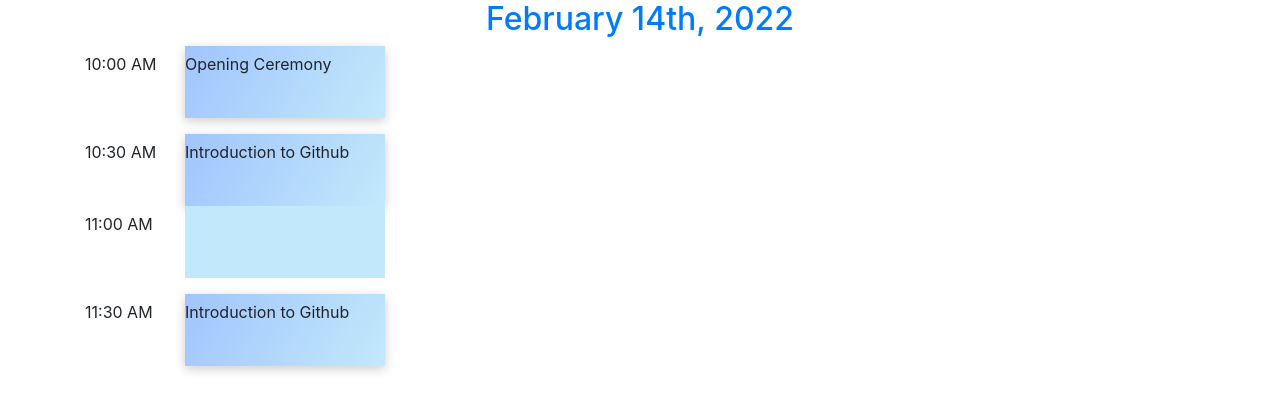
Repository: BaileyLuu/yuHacks2022
Page: public/schedule.html
The author's editor kept a copy of each file at every save. The page is drawn from the files as they stood at one save, then again after a run of saves.
The browser window is 1280 px wide. The pictures show the whole page.
Some web libraries are served in a nearby version.

Above is the page before, as saved 2021-11-20 13:21:00.

### public/schedule.html
<!DOCTYPE html>
<html lang="en">

<head>
    <meta charset="UTF-8">
    <meta http-equiv="X-UA-Compatible" content="IE=edge">
    <meta name="viewport" content="width=device-width, initial-scale=1.0">

    <script src="https://ajax.googleapis.com/ajax/libs/jquery/3.5.1/jquery.min.js"></script>

    <!-- Popper JS -->
    <script src="https://cdnjs.cloudflare.com/ajax/libs/popper.js/1.12.9/umd/popper.min.js"
        integrity="sha384-ApNbgh9B+Y1QKtv3Rn7W3mgPxhU9K/ScQsAP7hUibX39j7fakFPskvXusvfa0b4Q"
        crossorigin="anonymous"></script>

    <!-- Latest compiled JavaScript -->
    <script src="https://maxcdn.bootstrapcdn.com/bootstrap/4.0.0/js/bootstrap.min.js"
        integrity="sha384-JZR6Spejh4U02d8jOt6vLEHfe/JQGiRRSQQxSfFWpi1MquVdAyjUar5+76PVCmYl"
        crossorigin="anonymous"></script>

    <!-- Latest compiled and minified CSS -->
    <link rel="stylesheet" href="https://maxcdn.bootstrapcdn.com/bootstrap/4.0.0/css/bootstrap.min.css"
        integrity="sha384-Gn5384xqQ1aoWXA+058RXPxPg6fy4IWvTNh0E263XmFcJlSAwiGgFAW/dAiS6JXm" crossorigin="anonymous">

    <!-- AOS CSS Library CDN -->
    <link href="https://unpkg.com/aos@2.3.1/dist/aos.css" rel="stylesheet">
    <!-- Bootstrap Icons -->
    <link rel="stylesheet" href="https://cdn.jsdelivr.net/npm/bootstrap-icons@1.7.0/font/bootstrap-icons.css">



    <script src="https://code.jquery.com/jquery-3.2.1.slim.min.js"
        integrity="sha384-KJ3o2DKtIkvYIK3UENzmM7KCkRr/rE9/Qpg6aAZGJwFDMVNA/GpGFF93hXpG5KkN"
        crossorigin="anonymous"></script>
    <link rel="stylesheet" href="./schedule.css">
    <script src="schedule.js"></script>
    <script src="https://ajax.googleapis.com/ajax/libs/jquery/3.3.1/jquery.min.js"></script>
    <title>yuHacks Schedule</title>
</head>

<body>
    <section class="">
        <div class="container">
            <h2 class="text-primary title text-center">February 14th, 2022</h1>

                <!-- <div class="row row-cols-2">
          <div class="col">Column</div>
          <div class="col">Column</div>
          <div class="col">Column</div>
          <div class="col">Column</div>
          <div class="col">Column</div>
          <div class="col">Column</div>

        </div>
        <div class="row row-cols-2">
            <div class="col">Column</div>
            <div class="col">Column</div>
            <div class="col">Column</div>
            <div class="col">Column</div>
            <div class="col">Column</div>
            <div class="col">Column</div>

          </div> -->
                <div class="schedule-table">



                    <div class="box schedule-time mb-3">
                        <div class="schedule-time" style="width: 100px;">10:00 AM</div>
                        <div class="session-box schedule-time">Opening Ceremony</div>

                    </div>
                    <div class="box schedule-time">
                        <div class="schedule-time" style="width: 100px;">10:30 AM</div>
                        <div class="session-box schedule-time">Introduction to Github</div>

                    </div>
                    <div class="box schedule-time mb-3">
                        <div class="schedule-time" style="width: 100px;">11:00 AM</div>
                        <div class="extra-time schedule-time"></div>

                    </div>
                    <div class="box schedule-time">
                        <div class="schedule-time" style="width: 100px;">11:30 AM</div>
                        <div class="session-box schedule-time">Introduction to Github</div>

                    </div>

                    <!-- <div class="col-md-8">
              <div>Introduction to Github</div>
              <div></div>
              <div>Introduction to Bootstrap</div>
          </div> -->

                </div>
        </div>
    </section>

    <script src="https://cdnjs.cloudflare.com/ajax/libs/jquery/3.6.0/jquery.min.js"
        integrity="sha512-894YE6QWD5I59HgZOGReFYm4dnWc1Qt5NtvYSaNcOP+u1T9qYdvdihz0PPSiiqn/+/3e7Jo4EaG7TubfWGUrMQ=="
        crossorigin="anonymous" referrerpolicy="no-referrer"></script>
    <!-- Option 1: Bootstrap Bundle with Popper -->
    <script src="https://cdn.jsdelivr.net/npm/bootstrap@5.1.3/dist/js/bootstrap.bundle.min.js"
        integrity="sha384-ka7Sk0Gln4gmtz2MlQnikT1wXgYsOg+OMhuP+IlRH9sENBO0LRn5q+8nbTov4+1p"
        crossorigin="anonymous"></script>

    <script src="https://unpkg.com/aos@2.3.1/dist/aos.js"></script>
    <script>
        AOS.init({
            offset: 500,
            duration: 800,
            once: true,
        }

        );
    </script>
</body>

</html>

### public/schedule.css
/* body {
    background-color: #141c3c;
  } */

.schedule-time{
  display:flex;
  flex-direction: column;
  width: 200px;
  height:10vh;
  box-sizing: border-box;
  z-index: 50;
  line-height: 5vh;
  flex-wrap: wrap;
}
.session-box{
  background-image: linear-gradient(120deg, #a1c4fd 0%, #c2e9fb 100%);
  box-shadow: 0 3px 10px rgb(0 0 0 / 0.2);
  position:relative;
  flex-wrap: wrap;
}
.extra-time{
  background-image: linear-gradient(180deg, #c2e9fb 100%, #a1c4fd 100%);
  /* box-shadow: 0 3px 10px rgb(0 0 0 / 0.2); */
  position:relative;
  flex-wrap: wrap;
  border:0;
}
.empty-box{
  background-image: white;
  box-shadow: 0 3px 10px rgb(0 0 0 / 0.2);
  position:relative;
  flex-wrap: wrap;
}
.schedule-table{
  display:flex;
  flex-direction:column;

}
/* .box>* {
  flex: 1 1 70px;
} */

Loaded but not shown: public/schedule.js (no copy from this time; the picture is the same without it)

After the next 2 saves:
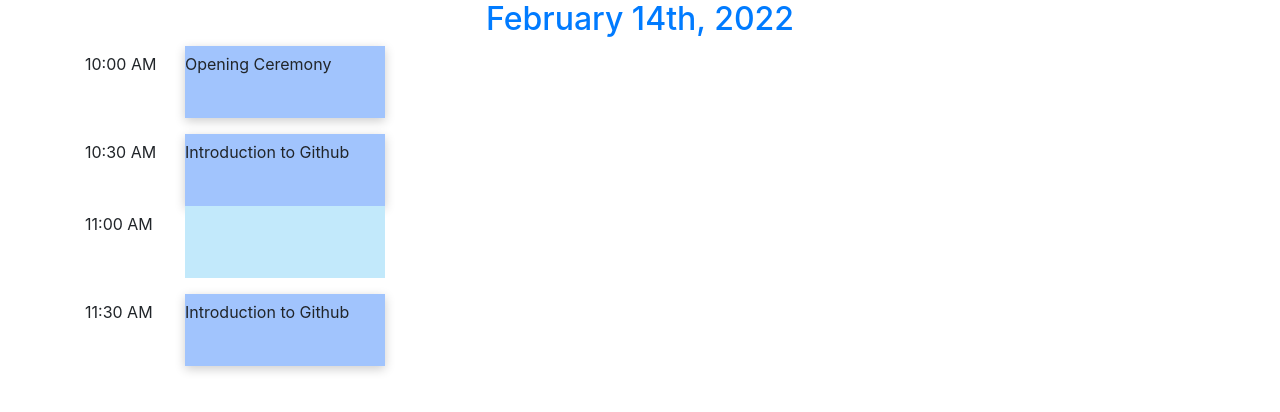
The 2 saves are shown as one change because they came seconds apart.
The last was saved 56 s later.
--- a/public/schedule.css
+++ b/public/schedule.css
@@ -13,7 +13,8 @@
   flex-wrap: wrap;
 }
 .session-box{
-  background-image: linear-gradient(120deg, #a1c4fd 0%, #c2e9fb 100%);
+  /* background-image: linear-gradient(120deg, #a1c4fd 0%, #c2e9fb 100%); */
+  background-color:#a1c4fd;
   box-shadow: 0 3px 10px rgb(0 0 0 / 0.2);
   position:relative;
   flex-wrap: wrap;
